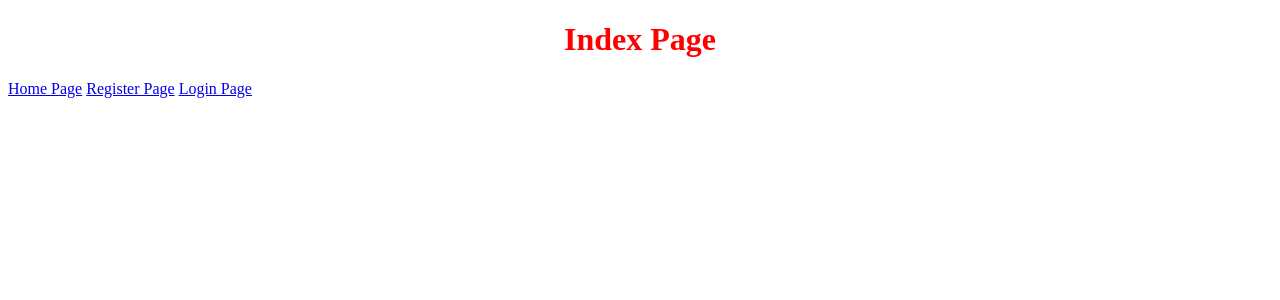
Repository: Somanath-Singh/Spring-Framework-By-Qspide
Page: http://localhost/SpringMVC-Proj01/index.jsp
These files come from the project's save history. The page is drawn as it stood at one moment and after the next save; the edit follows.
The browser window is 1280 px wide. The pictures show the whole page.
The page is served by Tomcat 10.

Above is the page before, as saved 2025-02-17 05:39:04.

After the next save:
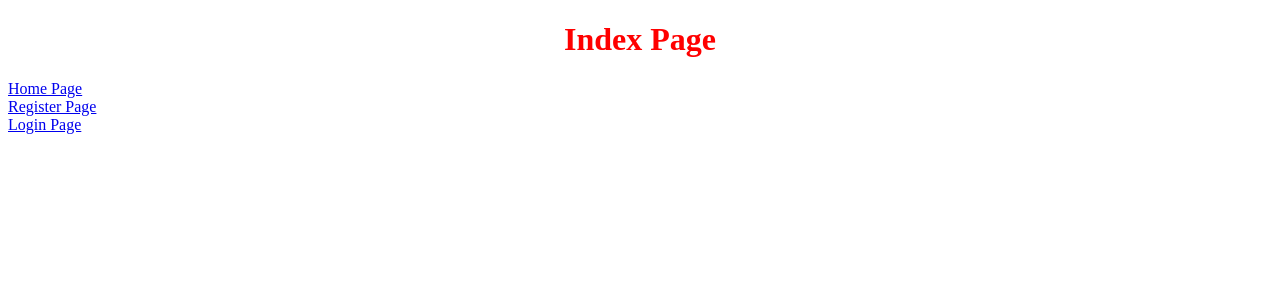
Saved 18 s later.
--- a/SpringMVC-Proj01/src/main/webapp/index.jsp
+++ b/SpringMVC-Proj01/src/main/webapp/index.jsp
@@ -9,8 +9,8 @@
 <body>
 	<h1 style="color:red;text-align:center;">Index Page</h1>
 
-	<a href="./home">Home Page</a>
-	<a href="./register">Register Page</a>
-	<a href="./login">Login Page</a>
+	<a href="./home">Home Page</a><br>
+	<a href="./register">Register Page</a><br>
+	<a href="./login">Login Page</a><br>
 </body>
 </html>
